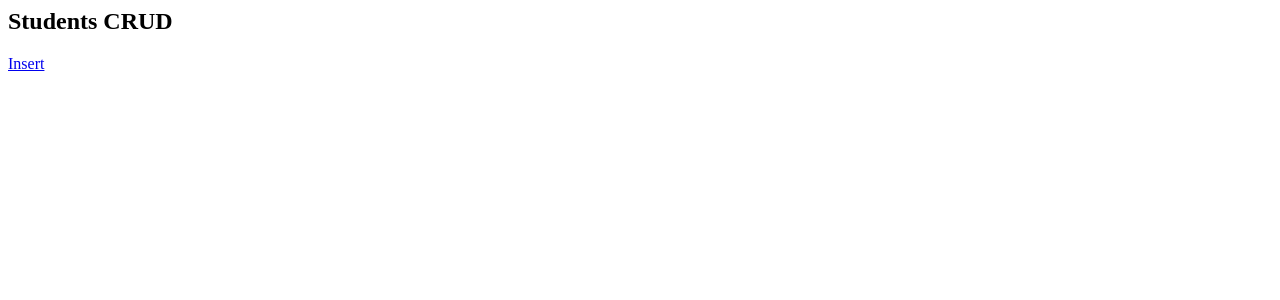
Repository: GOUTHAMREDDY1198/DBS_SPRING
Page: http://localhost/MvcAss5/
The author's editor kept a copy of each file at every save. The page is drawn from the files as they stood at one save, then again after the next save.
The browser window is 1280 px wide. The pictures show the whole page.
The page is served by Tomcat 9. Other server files are loaded and not shown.

Above is the page before, as saved 2020-11-12 11:40:07.

### MvcAss5/WebContent/index.jsp

<h2>Students CRUD</h2>

<a href="insert" > Insert </a>

<a href="display"

After the next save:
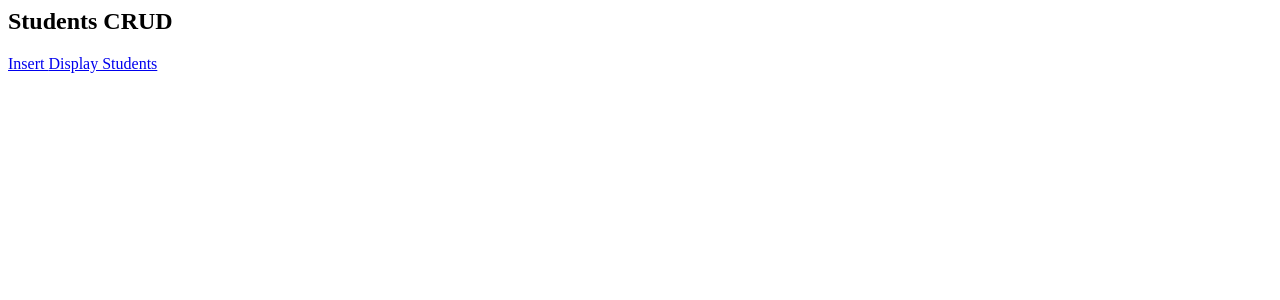
Saved 27 s later.
--- a/MvcAss5/WebContent/index.jsp
+++ b/MvcAss5/WebContent/index.jsp
@@ -3,4 +3,4 @@
 
 <a href="insert" > Insert </a>
 
-<a href="display"
+<a href="display"> Display Students </a>
